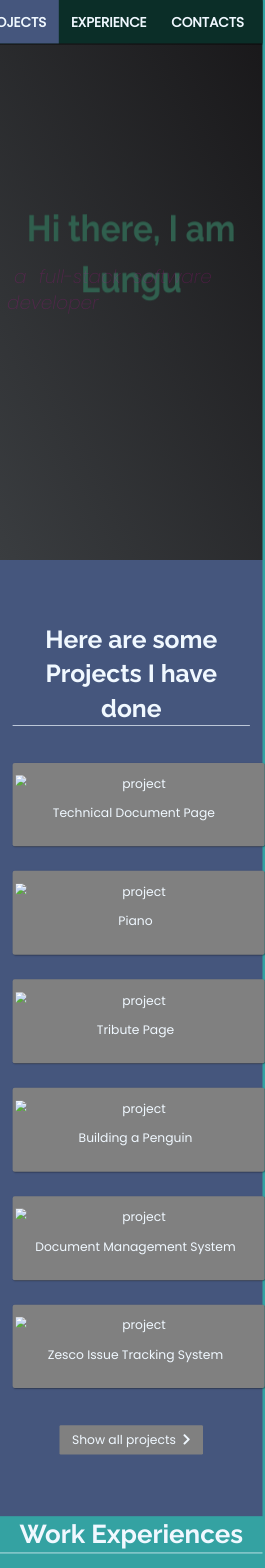
Repository: Lungdjos/personal_portifolio
Page: html/index.html
These files come from the project's save history. The page is drawn as it stood at one moment and after the next save; the edit follows.
The browser window is 375 px wide. The page is 378 px wide, then 375 px, so the pictures cover 378 px, including what lies to the right of the window. The pictures show the part of the page from y = 0 to 2240 px (the page is 2828 px tall before and 2708 px after), at 70% of full size.
Some web libraries are served in a nearby version.

Above is the page before, as saved 2024-02-04 00:57:10.

### html/index.html
<!DOCTYPE html>
<html lang="en">

<head>
    <meta charset="UTF-8">
    <meta name="viewport" content="width=device-width, initial-scale=1.0">
    <title>Personal Portifolio</title>
    <link rel="stylesheet" href="/css/styles.css">
    <link rel="stylesheet" href="https://use.fontawesome.com/releases/v5.8.2/css/all.css" integrity="sha384-oS3vJWv+0UjzBfQzYUhtDYW+Pj2yciDJxpsK1OYPAYjqT085Qq/1cq5FLXAZQ7Ay" crossorigin="anonymous">
    <link href="https://fonts.googleapis.com/css?family=Poppins:200i,300,400&amp;display=swap" rel="stylesheet">
    <link href="https://fonts.googleapis.com/css?family=Raleway:700&amp;display=swap" rel="stylesheet">
    <script src="edge-extension://ajdpfmkffanmkhejnopjppegokpogffp/assets/prompt.js"></script>
</head>

<body>
    <header class="header">
        <nav id="navbar">
            <ul class="nav-list">
                <li><a href="#welcome-section" class="nav-link"><i class=""></i>Home</a></li>
                <li>
                    <a href="#project-section" class="nav-link"> <i class=""></i>Projects</a>
                </li>
                <li>
                    <a href="#work-experience-section" class="nav-link"> <i class=""></i>Experience</a>
                </li>
                <li><a href="#contact-section" class="nav-link"><i class=""></i>Contacts</a></li>
            </ul>
        </nav>
    </header>
    <main class="m-3">
        <div id="spacer"></div>
        <section class="home" id="welcome-section">
            <div id="welcome-section">
                <h1 id="title">Hi there, I am Lungu</h1>
                <p id="sub-title"><span>a</span> <span>full-stack</span> <span>software</span> <span>developer</span></p>
            </div>
        </section>

        <div id="spacer"></div>
        <section class="project-section" id="project-section">
            <h2 id="project-heading" class="heading">Here are some Projects I have done</h2>

            <div class="project-grid">
                <a href="#" target="_blank" class="project project-title">
                    <img class="project-image" src="" alt="project">
                    <p class="project-title">
                        <span class="code">&lt;</span>Technical Document Page
                        <span class="code">/&gt;</span>
                    </p>
                </a>

                <a href="#" target="_blank" class="project project-title">
                    <img class="project-image" src="" alt="project">
                    <p class="project-title">
                        <span class="code">&lt;</span> Piano
                        <span class="code">/&gt;</span>
                    </p>
                </a>

                <a href="#" target="_blank" class="project project-title">
                    <img class="project-image" src="" alt="project">
                    <p class="project-title">
                        <span class="code">&lt;</span> Tribute Page
                        <span class="code">/&gt;</span>
                    </p>
                </a>

                <a href="#" target="_blank" class="project project-title">
                    <img class="project-image" src="" alt="project">
                    <p class="project-title">
                        <span class="code">&lt;</span> Building a Penguin
                        <span class="code">/&gt;</span>
                    </p>
                </a>

                <a href="#" target="_blank" class="project project-title">
                    <img class="project-image" src="" alt="project">
                    <p class="project-title">
                        <span class="code">&lt;</span> Document Management System
                        <span class="code">/&gt;</span>
                    </p>
                </a>

                <a href="#" target="_blank" class="project project-title">
                    <img class="project-image" src="" alt="project">
                    <p class="project-title">
                        <span class="code">&lt;</span> Zesco Issue Tracking System
                        <span class="code">/&gt;</span>
                    </p>
                </a>
            </div>

            <a href="#" class="btn btn-show-all" target="_blank">Show all projects<i class="fas fa-chevron-right"></i></a>
        </section>
        <div id="spacer"></div>
        <section class="work-exp-section" id="work-experience-section">
            <h2 class="heading work-exp-heading">Work Experiences</h2>
            <div id="grid">
                <div id="icon"></div>
                <div class="experience">
                    <h3>Zambia Revenue Authority <small>(Full-Stack Software Developer: Part-Time)</small></h3>
                    <h6 class="skills">Skills</h6>
                    <p>
                        <ul>
                            <li></li>
                            <li></li>
                            <li></li>
                            <li></li>
                        </ul>
                    </p>
                </div>
            </div>

            <div id="grid">
                <div id="icon"></div>
                <div class="experience">
                    <h3>Road Transport and Safety Agency <small>(ICT System Support & Maintainence : Internship)</small></h3>
                    <h6 class="skills">Skills</h6>
                    <p>
                        <ul>
                            <li></li>
                            <li></li>
                            <li></li>
                            <li></li>
                        </ul>
                    </p>
                </div>
            </div>

            <div id="grid">
                <div id="icon"></div>
                <div class="experience">
                    <h3>Madison Life Insurance Company <small>(ICT Systems Support Officer : Internship)</small></h3>
                    <h6 class="skills">Skills</h6>
                    <p>
                        <ul>
                            <li></li>
                            <li></li>
                            <li></li>
                            <li></li>
                        </ul>
                    </p>
                </div>
            </div>

            <div id="grid">
                <div id="icon"></div>
                <div class="experience">
                    <h3>SGS Inspection Services Limited <small>(Minerals Inspector: Full-Time)</small></h3>
                    <h6 class="skills">Skills</h6>
                    <p>
                        <ul>
                            <li></li>
                            <li></li>
                            <li></li>
                            <li></li>
                        </ul>
                    </p>
                </div>
            </div>
        </section>
        <div id="spacer"></div>
        <section class="contact-section" id="contact-section">
            <h2 class="heading contacts-heading">Contacts</h2>
            <div class="contact-links">
                <a href="https://facebook.com/freecodecamp" target="_blank" class="btn contact-details"><i class="fab fa-facebook-square"></i> Facebook</a>
                <a id="profile-link" href="https://github.com/freecodecamp" target="_blank" class="btn contact-details"><i class="fab fa-github"></i> GitHub</a>
                <a href="https://twitter.com/freecodecamp" target="_blank" class="btn contact-details"><i class="fab fa-twitter"></i> Twitter</a>
                <a href="mailto:example@example.com" class="btn contact-details"><i class="fas fa-at"></i> Send a mail</a>
                <a href="tel:555-555-5555" class="btn contact-details"><i class="fas fa-mobile-alt"></i> Call me</a>
            </div>
        </section>
    </main>
    <footer>
        <ul>
            <li><a href="">Privacy</a></li>
            <li><a href="">Contacts</a></li>
            <li><a href="">About Us</a></li>
        </ul>
        <span>&REG;Radix Enterprise Ltd. &copy; 2024</span>
    </footer>
</body>

</html>

### css/styles.css
/** STYLING FOR THE PORTIFOLIO **/


/* the root selector */

:root {
    /* colors */
    --col-1: aliceblue;
    --col-2: grey;
    --colo-3: orangered;
    --bc-1: #34a2a2;
    --bc-2: #0b2e28;
    --bc-3: #123b3b;
    --bc-4: #45567d;
    /* values */
}


/* general stylings */

html {
    font-size: 62.5%;
    box-sizing: border-box;
    scroll-behavior: smooth;
}

* {
    margin: 0;
    padding: 0;
}


/* box-sizing and font sizing */

*,
*::before,
*::after {
    box-sizing: inherit;
}


/* body styling */

body {
    font-family: 'Poppins', sans-serif;
    font-size: 1.8rem;
    font-weight: 400;
    line-height: 1.4;
    color: var(--col-1);
    background-color: var(--bc-1);
}


/* headings styling */

h1,
h2 {
    font-family: 'Raleway', sans-serif;
    font-weight: 600;
    text-align: center;
}

h1 {
    font-size: 6rem;
}

h2 {
    font-size: 4.2rem;
}


/* List and anchor styling */

ul {
    list-style: none;
}

a {
    color: var(--col-1);
    text-decoration: none;
}

img {
    display: block;
    width: 100%;
}


/** NAVIGATION BAR */


/* nav bar styling */

nav {
    font-weight: 600;
}

.header {
    display: flex;
    justify-content: flex-end;
    position: fixed;
    top: 0;
    left: 0;
    width: 100%;
    box-shadow: 0 2px 0 rgba(0, 0, 0, 0.4);
    z-index: 10;
    background-color: var(--bc-2);
}

nav>ul {
    display: flex;
    margin-right: 2rem;
    text-transform: uppercase;
}

.nav-list a {
    display: block;
    font-size: 2.2rem;
    padding: 2rem;
}

.nav-list a:hover {
    background: var(--bc-4);
}


/* body styling */

#spacer {
    max-width: 1000px;
    width: 100%;
    margin: 0 auto;
}

main>li {
    list-style-type: disc;
}


/** HOME PAGE */


/* Styling or the Home Page */

.home {
    width: 100%;
    height: 100vh;
    display: flex;
    flex-direction: column;
    justify-content: center;
    align-items: center;
    background: inherit;
    background-image: linear-gradient(62deg, #3a3d40 0%, #181719 100%);
}

#welcome-section>p {
    font-size: 3rem;
    font-weight: 200;
    font-style: italic;
    color: #d0a;
}

#title {
    transform-origin: center;
    animation: rotateAndChangeColor 14s infinite ease-in-out;
}

#sub-title {
    text-indent: 10px;
}

#sub-title span {
    display: inline-block;
    animation: fallAnimation 4s infinite ease-in-out forwards;
}


/** PROJECTS */


/* styling for projects */

.project-section {
    text-align: center;
    padding: 10rem 2rem;
    background: var(--bc-4);
}

.heading {
    max-width: 640px;
    margin: 0 auto 6rem auto;
    border-bottom: .2rem solid var(--col-1);
}


/* grids */

.project-grid {
    display: grid;
    grid-template-columns: repeat(auto-fit, minmax(360px, 1fr));
    grid-gap: 4rem;
    width: 100%;
    max-width: 1280px;
    margin: 0 auto;
    margin-bottom: 6rem;
}


/* individual projects */

.project {
    background: var(--col-2);
    box-shadow: 1px 1px 2px rgba(0, 0, 0, 0.4);
    border-radius: 3px;
}

.code {
    color: var(--col-2);
    transition: color 0.3s ease-out;
}

.project:hover .code {
    color: var(--colo-3);
}

.project-image {
    height: calc(100% - 6.8rem);
    width: 100%;
    object-fit: cover;
}

.project-title {
    font-size: 2rem;
    padding: 2rem 0.5rem;
}

.btn {
    display: inline-block;
    padding: 1rem 2rem;
    border-radius: 2px;
}

.btn-show-all {
    font-size: 2rem;
    background: var(--col-2);
    transition: background 0.3s ease-out;
}

.btn-show-all:hover {
    background: var(--colo-3);
}

.btn-show-all:hover>i {
    transform: translateX(2px);
}

.btn-show-all>i {
    margin-left: 10px;
    transform: translateX(0);
    transition: transform 0.3s ease-out;
}


/* Work Experience */

.work-exp-section small {
    font-size: 60%;
}


/* #Work-Experience #icon {
    display: flex;
    flex-direction: column;
    justify-content: center;
    height: 150px;
    width: 20vw;
}

#Work-Experience .experience {
    display: flex;
    flex-direction: column;
    justify-content: center;
    height: 125px;
    width: 80vw;
    padding: 5px;
} */


/** FOOTER */


/* footer styling */

footer {
    margin-top: 25px;
    padding: 20px;
    width: 100%;
    background-color: var(--bc-3);
}

footer>ul {
    display: flex;
    justify-content: flex-end;
}

footer>ul>li {
    padding: 0 12px;
}

footer>span {
    display: flex;
    justify-content: flex-end;
    margin-top: 6px;
    font-size: .9rem;
    font-weight: bold;
}


/** ANIMATIONS AND EFFECTS */


/* Welcome Page Animations */

@keyframes rotateAndChangeColor {
    0% {
        transform: rotateY(0deg);
        color: #333;
    }
    30% {
        transform: rotateY(360deg);
        color: #2e604a;
    }
    60% {
        transform: rotate(0deg);
        color: #45567d;
    }
    90% {
        transform: rotate(360deg);
        color: #ff6347;
    }
}

@keyframes fallAnimation {
    0% {
        transform: translateY(-60px);
        opacity: 0;
    }
    50% {
        transform: translateY(-60px);
        opacity: 0.4;
    }
    100% {
        transform: translateY(0);
        opacity: 1;
    }
}


/** STYLING FOR SMALL DEVICES */


/* 1200px / 16px = 75em */

@media (max-width: 75em) {
    html {
        font-size: 60%;
    }
}


/* 980px / 16px = 61.25em */

@media (max-width: 61.25em) {
    html {
        font-size: 58%;
    }
}


/* 460px / 16px = 28.75em */

@media (max-width: 28.75em) {
    html {
        font-size: 55%;
    }
}


/* nav bar media queries */

@media (max-width: 28.75em) {
    #navbar {
        justify-content: center;
    }
    .nav-list {
        margin: 0 1rem;
    }
}


/* projects media query */

@media (max-width: 28.75em) {
    #project-heading {
        font-size: 4rem;
    }
}

@media (max-width: 30.625em) {
    .projects-section {
        padding: 6rem 1rem;
    }
    .projects-grid {
        grid-template-columns: 1fr;
    }
}

After the next save:
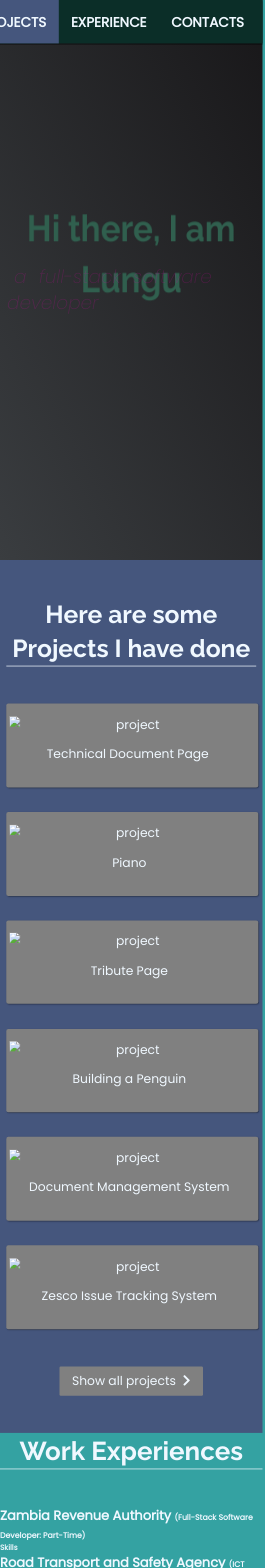
Saved 16 s later.
--- a/css/styles.css
+++ b/css/styles.css
@@ -407,7 +407,7 @@ footer>span {
 }
 
 @media (max-width: 30.625em) {
-    .projects-section {
+    .project-section {
         padding: 6rem 1rem;
     }
     .projects-grid {
